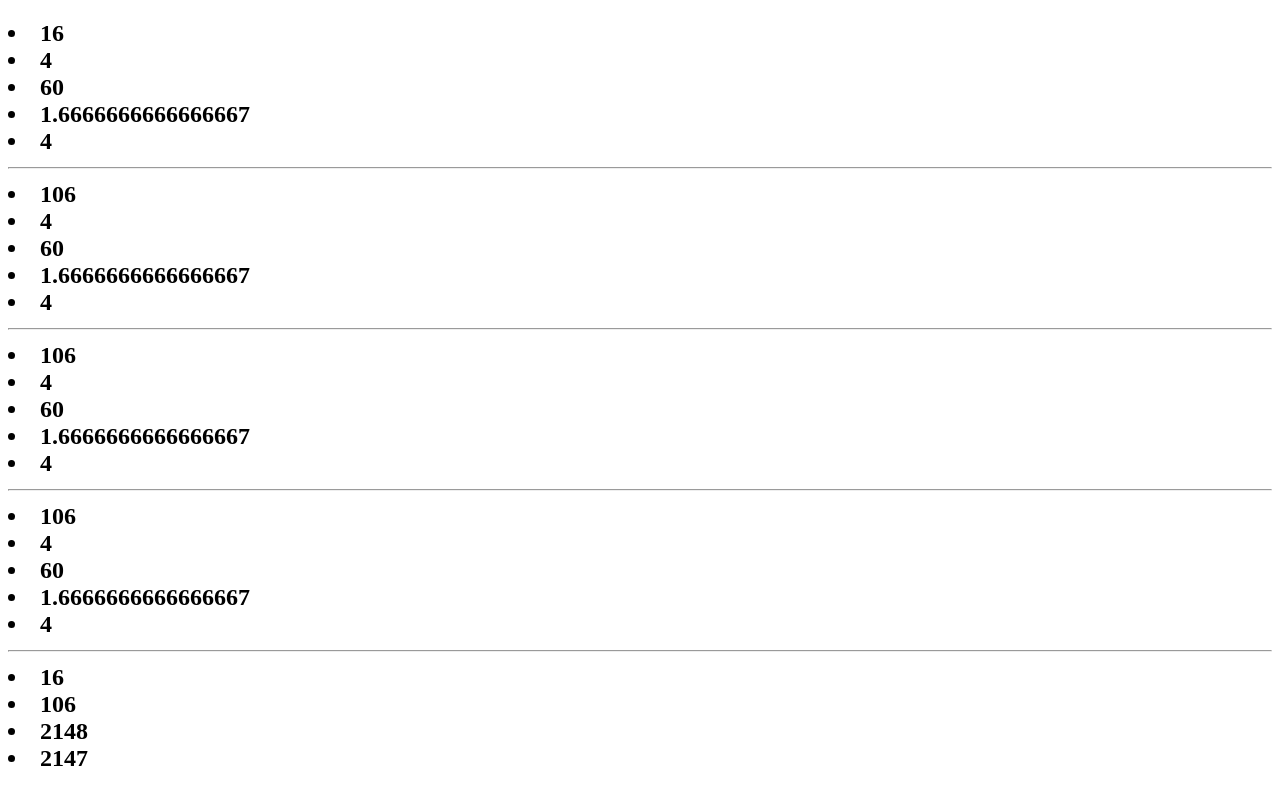
Repository: shinsil0601/webstudy
Page: 03_JavaScript/src/main/webapp/day03/ex01_Number.html
These files come from the project's save history. The page is drawn as it stood at one moment and after the next save; the edit follows.
The browser window is 1280 px wide. The pictures show the whole page.

Above is the page before, as saved 2023-06-29 01:21:16.

### 03_JavaScript/src/main/webapp/day03/ex01_Number.html
<!DOCTYPE html>
<html>
<head>
<meta charset="UTF-8">
<title>Insert title here</title>
<script type="text/javascript">
	var s1 = 10;
	var s2 = 6;
	document.write("<h2>");
	document.write("<li>"+(s1+s2)+"</li>");
	document.write("<li>"+(s1-s2)+"</li>");
	document.write("<li>"+(s1*s2)+"</li>");
	document.write("<li>"+(s1/s2)+"</li>");
	document.write("<li>"+(s1%s2)+"</li>");
	document.write("<hr>");

	s1 = "10";
	s2 = "6";
	document.write("<li>"+(s1+s2)+"</li>"); // 계산X, 문자 연결자
	document.write("<li>"+(s1-s2)+"</li>"); // 계산가능
	document.write("<li>"+(s1*s2)+"</li>"); // 계산가능
	document.write("<li>"+(s1/s2)+"</li>"); // 계산가능
	document.write("<li>"+(s1%s2)+"</li>"); // 계산가능
	document.write("<hr>");

	s1 = 10;
	s2 = "6";
	document.write("<li>"+(s1+s2)+"</li>"); // 계산X, 문자 연결자
	document.write("<li>"+(s1-s2)+"</li>"); // 계산가능
	document.write("<li>"+(s1*s2)+"</li>"); // 계산가능
	document.write("<li>"+(s1/s2)+"</li>"); // 계산가능
	document.write("<li>"+(s1%s2)+"</li>"); // 계산가능
	document.write("<hr>");

	s1 = "10";
	s2 = 6;
	document.write("<li>"+(s1+s2)+"</li>"); // 계산X, 문자 연결자
	document.write("<li>"+(s1-s2)+"</li>"); // 계산가능
	document.write("<li>"+(s1*s2)+"</li>"); // 계산가능
	document.write("<li>"+(s1/s2)+"</li>"); // 계산가능
	document.write("<li>"+(s1%s2)+"</li>"); // 계산가능
	document.write("<hr>");

	// 숫자를 문자열로 변경 toString()
	s1 = 10;
	s2 = 6;
	document.write("<li>"+(s1+s2)+"</li>");
	document.write("<li>"+(s1.toString()+s2)+"</li>");  // 문자연결자

	//toFixed(자리수) : 지정된 소숫점 이하 자릿수 작성(반올림), 음수는 사용 못함
	s1 = 2147.656;
	s2 = 2147.444;
	document.write("<li>"+s1.toFixed(0)+"</li>");
	document.write("<li>"+s2.toFixed(0)+"</li>");


	document.write("</h2>");

</script>
</head>
<body>

</body>
</html>

After the next save:
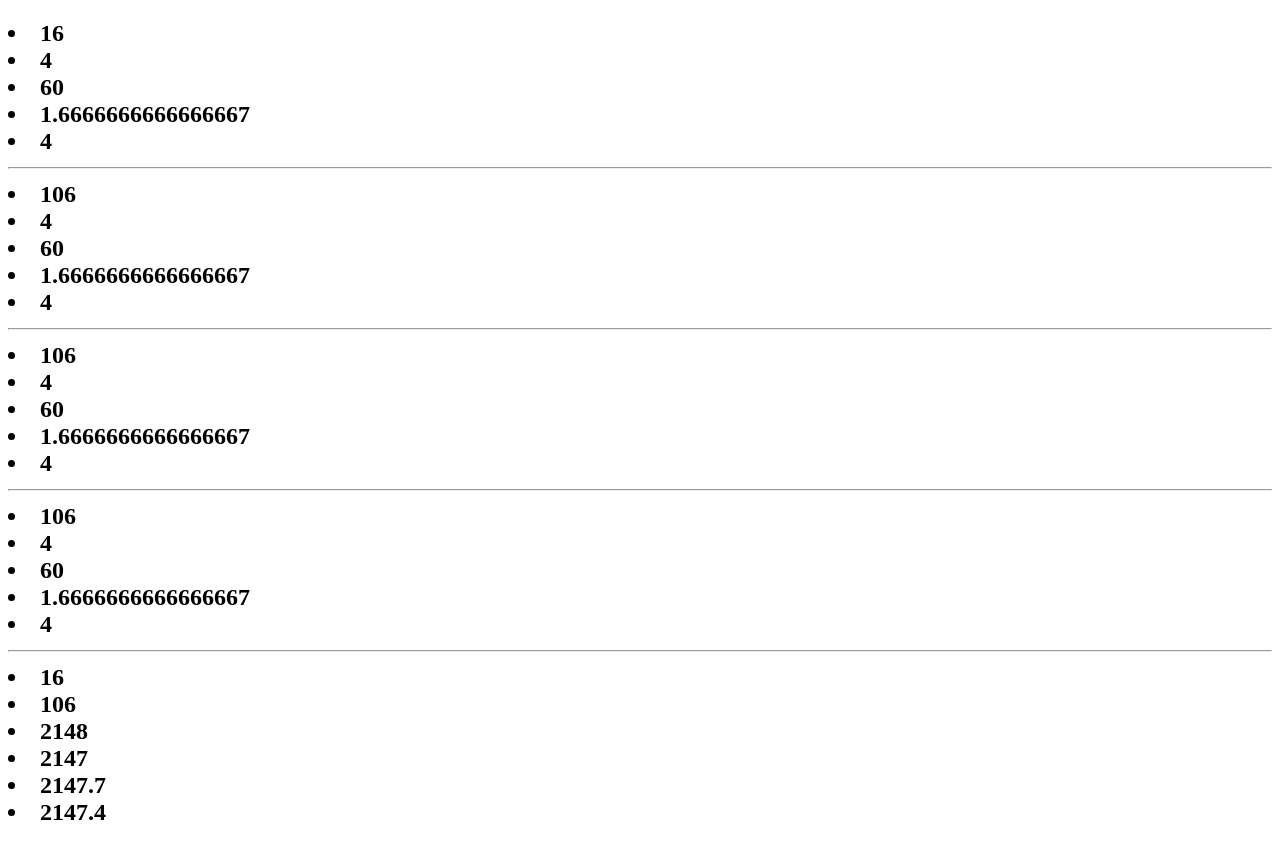
Saved 66 s later.
--- a/03_JavaScript/src/main/webapp/day03/ex01_Number.html
+++ b/03_JavaScript/src/main/webapp/day03/ex01_Number.html
@@ -50,8 +50,10 @@
 	//toFixed(자리수) : 지정된 소숫점 이하 자릿수 작성(반올림), 음수는 사용 못함
 	s1 = 2147.656;
 	s2 = 2147.444;
-	document.write("<li>"+s1.toFixed(0)+"</li>");
-	document.write("<li>"+s2.toFixed(0)+"</li>");
+	document.write("<li>"+s1.toFixed(0)+"</li>");  // 2148
+	document.write("<li>"+s2.toFixed(0)+"</li>");  // 2147
+	document.write("<li>"+s1.toFixed(1)+"</li>");  // 2148
+	document.write("<li>"+s2.toFixed(1)+"</li>");  // 2147
 
 
 	document.write("</h2>");
